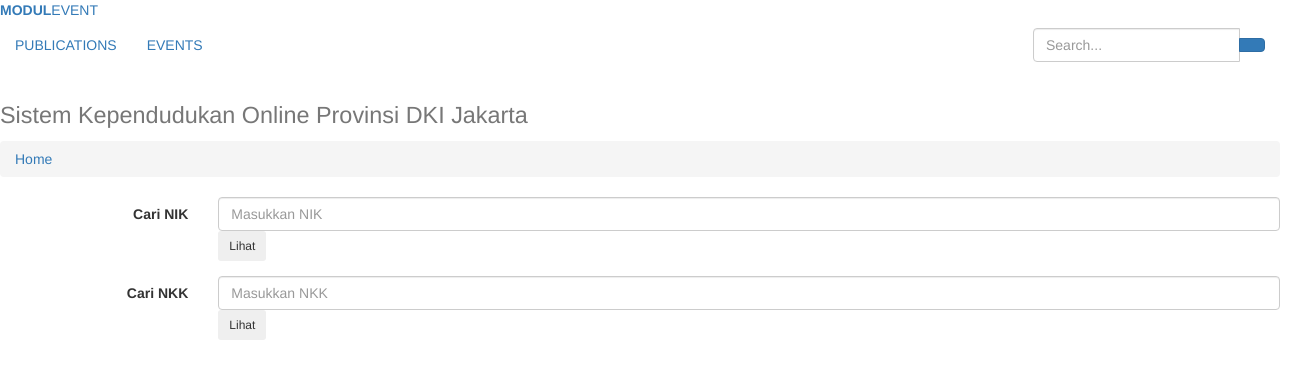
Repository: apap-2017/tugas1_1406544135
Page: http://localhost/index
The author's editor kept a copy of each file at every save. The page is drawn from the files as they stood at one save, then again after the next save.
The browser window is 1280 px wide. The page is 1295 px wide, so the pictures cover 1295 px, including what lies to the right of the window. The pictures show the whole page.
The page is this project's Thymeleaf template; nobody is signed in. The template is opened directly, without the code that normally fills it, so the values that code supplies are empty.

Above is the page before, as saved 2017-10-20 11:49:00.

### Tugas1_1406544135/src/main/resources/templates/index.html
<!DOCTYPE HTML>
<html xmlns="http://www.w3.org/1999/xhtml"
	xmlns:th="http://www.thymeleaf.org">
<head>
<title>Siduk DKI</title>
<meta http-equiv="Content-Type" content="text/html; charset=UTF-8" />
     <link href="../../static/css/bootstrap.min.css" rel="stylesheet" th:href="@{/css/bootstrap.min.css}" />
</head>

<body>
<header class="main-header">

			<!-- Logo -->
			<a th:href="@{/b8}" class="logo"> <!-- mini logo for sidebar mini 50x50 pixels -->
				<span class="logo-mini"><i class="fa fa-home"></i></span> <!-- logo for regular state and mobile devices -->
				<span class="logo-lg"><b>MODUL</b>EVENT</span>
			</a>

			<!-- Header Navbar -->
			<nav class="navbar navbar-static-top" role="navigation">
				<!-- Sidebar toggle button-->


				<a href="#" class="sidebar-toggle" data-toggle="offcanvas"
					role="button"> <span class="sr-only">Toggle navigation</span>
				</a>
				<!-- Navbar Right Menu -->
				<div class="navbar-custom-menu">
					<ul class="nav navbar-nav">
						<li><a th:href="@{/b8/home/publication}">PUBLICATIONS</a></li>
						<li><a th:href="@{/b8/home/event}">EVENTS</a></li>
					</ul>
					<form th:action="@{/b8/result}" method="get" class=" pull-right navbar-form">
						<div class="input-group">
							<input type="text" name="search" class="form-control"
								id="navbar-search-input" placeholder="Search..." /> <span
								class="input-group-btn">
								<button type="submit" id="search-btn"
									class="btn btn-primary">
									<i class="fa fa-search"></i>
								</button>
							</span>
						</div>
					</form>
				</div>
			</nav>
		</header>

	<section class="content-header">
		<h1>
			<small>Sistem Kependudukan Online Provinsi DKI Jakarta</small>
		</h1>

		<ol class="breadcrumb">
			<li><a th:href="@{/}">Home</a></li>
		</ol>
	</section>


	<form class="form-horizontal" action="/penduduk" method="get">
		<div class="form-group">
			<label class="col-sm-2 control-label">Cari NIK</label>
			<div class="col-sm-10">
				<input type="text" name="nik" class="form-control" placeholder="Masukkan NIK"/>
				<button type="submit" class="btn btn-sm bg-teal pull-left" name="action" value="save">Lihat</button>
			</div>
		</div>
	</form>

	<form class="form-horizontal" action="/keluarga" method="get">
		<div class="form-group">
			<label class="col-sm-2 control-label">Cari NKK</label>
			<div class="col-sm-10">
				<input type="text" name="nkk" class="form-control" placeholder="Masukkan NKK"/>
				<button type="submit" class="btn btn-sm bg-teal pull-left" name="action" value="save">Lihat</button>
			</div>
		</div>
	</form>

</body>

</html>

Loaded but not shown: Tugas1_1406544135/src/main/resources/static/css/bootstrap.min.css (library)

After the next save:
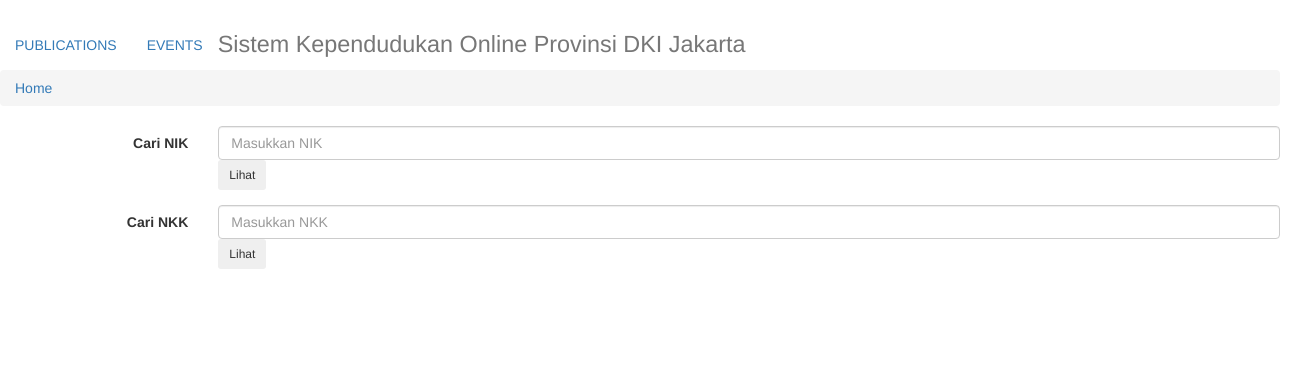
Saved 60 s later.
--- a/Tugas1_1406544135/src/main/resources/templates/index.html
+++ b/Tugas1_1406544135/src/main/resources/templates/index.html
@@ -9,41 +9,12 @@
 
 <body>
 <header class="main-header">
-
-			<!-- Logo -->
-			<a th:href="@{/b8}" class="logo"> <!-- mini logo for sidebar mini 50x50 pixels -->
-				<span class="logo-mini"><i class="fa fa-home"></i></span> <!-- logo for regular state and mobile devices -->
-				<span class="logo-lg"><b>MODUL</b>EVENT</span>
-			</a>
-
-			<!-- Header Navbar -->
-			<nav class="navbar navbar-static-top" role="navigation">
-				<!-- Sidebar toggle button-->
-
-
-				<a href="#" class="sidebar-toggle" data-toggle="offcanvas"
-					role="button"> <span class="sr-only">Toggle navigation</span>
-				</a>
-				<!-- Navbar Right Menu -->
 				<div class="navbar-custom-menu">
 					<ul class="nav navbar-nav">
 						<li><a th:href="@{/b8/home/publication}">PUBLICATIONS</a></li>
 						<li><a th:href="@{/b8/home/event}">EVENTS</a></li>
 					</ul>
-					<form th:action="@{/b8/result}" method="get" class=" pull-right navbar-form">
-						<div class="input-group">
-							<input type="text" name="search" class="form-control"
-								id="navbar-search-input" placeholder="Search..." /> <span
-								class="input-group-btn">
-								<button type="submit" id="search-btn"
-									class="btn btn-primary">
-									<i class="fa fa-search"></i>
-								</button>
-							</span>
-						</div>
-					</form>
 				</div>
-			</nav>
 		</header>
 
 	<section class="content-header">
